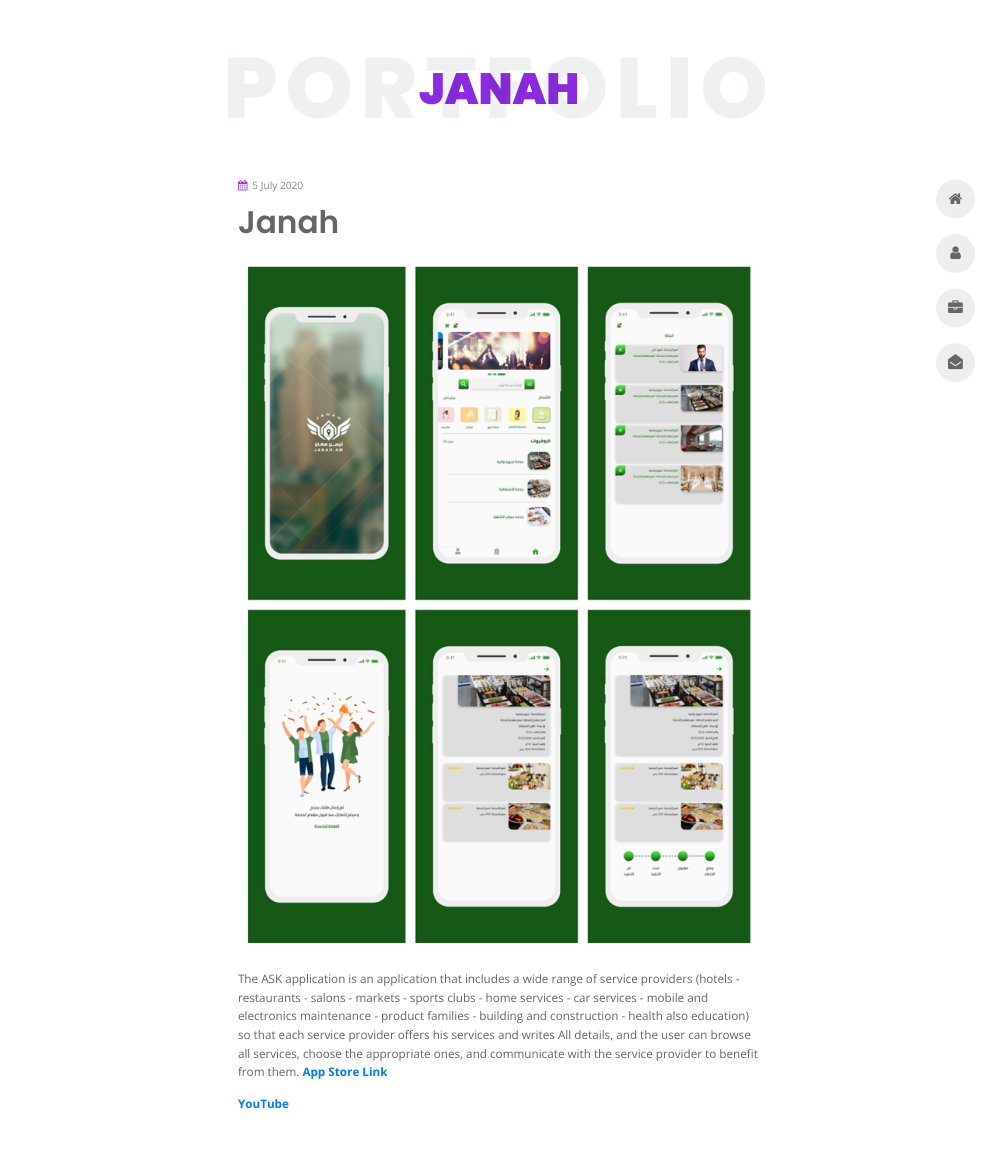
Repository: mhamdimno/mywebsite
Page: projects/Janah/index.html
An editor plug-in stored every save of this project. The page is shown before and after the next save, followed by the edit.
The browser window is 1280 px wide. The pictures show the whole page, at 78% of full size.

Above is the page before, as saved 2021-09-14 21:40:41.

After the next save:
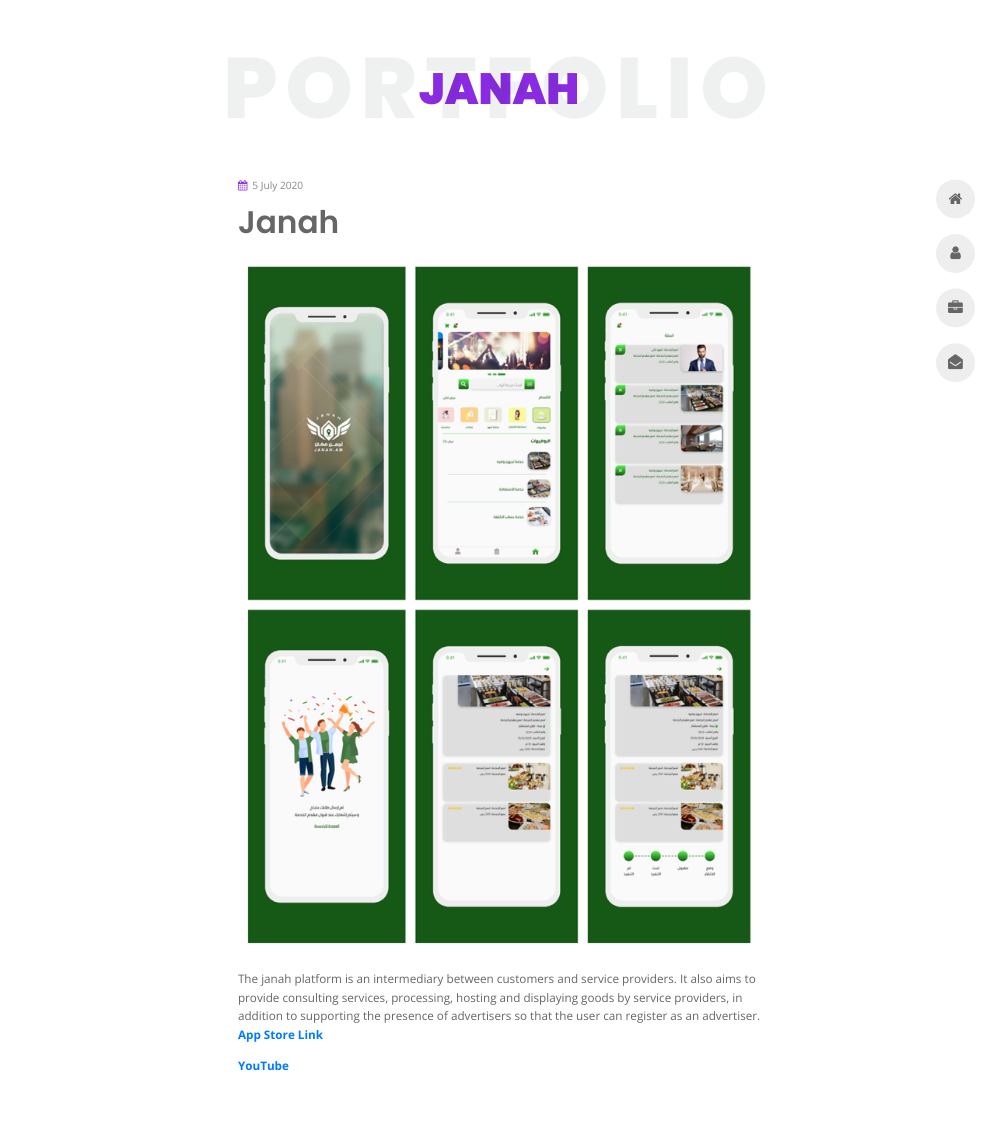
Saved 36 s later.
--- a/projects/Janah/index.html
+++ b/projects/Janah/index.html
@@ -96,8 +96,8 @@
                 <img src="../../img/projects/Janah.jpg" class="img-fluid" alt="Blog image"/>
                 <div class="blog-excerpt open-sans-font pb-5">
                     <p>
+                        The janah platform is an intermediary between customers and service providers. It also aims to provide consulting services, processing, hosting and displaying goods by service providers, in addition to supporting the presence of advertisers so that the user can register as an advertiser.
 
-                        The ASK application is an application that includes a wide range of service providers (hotels - restaurants - salons - markets - sports clubs - home services - car services - mobile and electronics maintenance - product families - building and construction - health also education) so that each service provider offers his services and writes All details, and the user can browse all services, choose the appropriate ones, and communicate with the service provider to benefit from them.
                         <strong><a href="https://apps.apple.com/us/app/ask-client/id1565119903" target="_blank">App Store Link</a></strong>
 
                         <!--<div class="videoWrapper">
@@ -105,7 +105,7 @@
                           </div>-->
                     </p>
                     <p>
-                        <strong><a href="https://youtu.be/MxH3cv90j8A" target="_blank">YouTube</a></strong>
+                        <strong><a href="https://youtu.be/EifOASS6C7s" target="_blank">YouTube</a></strong>
 
                         <!--<div class="videoWrapper">
                             <iframe width="560" height="349" src="https://www.youtube.com/watch?v=rwyUKQitc4o&feature=youtu.be" frameborder="0" allowfullscreen></iframe>
